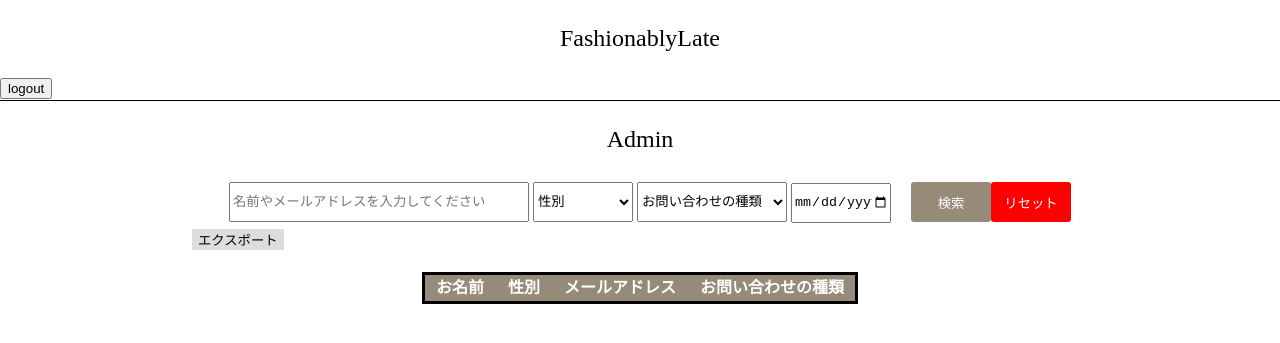
Repository: mayu-ya/test_form
Page: src/resources/views/admin.blade.php
These files come from the project's save history. The page is drawn as it stood at one moment and after the next save; the edit follows.
The browser window is 1280 px wide. The pictures show the whole page.
The pointer rests on the first visible `.table-row`.
The page is served by the project's Laravel application, run on PHP 8.4 with Laravel 8. The template is opened directly, without the code that normally fills it, so the values that code supplies are empty.

Above is the page before, as saved 2026-01-24 13:53:20.

After the next save:
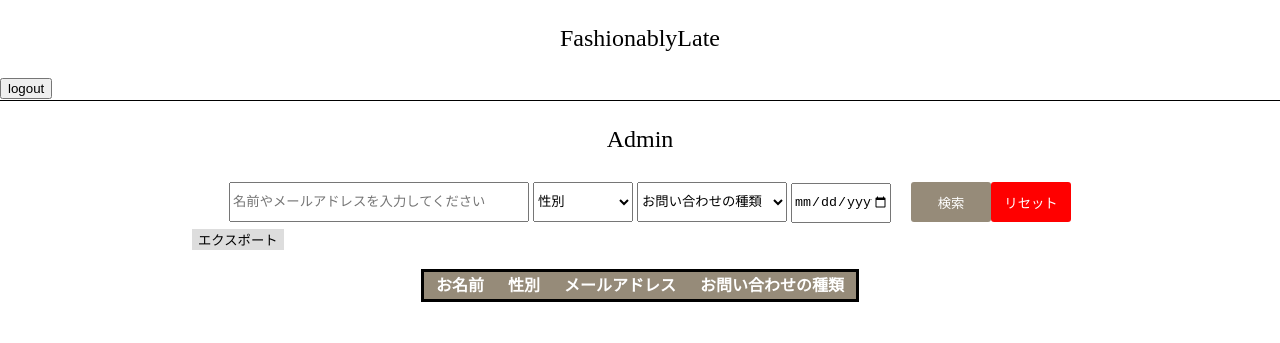
Saved 3 min 45 s later.
--- a/src/public/css/admin.css
+++ b/src/public/css/admin.css
@@ -99,7 +99,7 @@
 }
 
 .table-row:hover {
-    border: 3px solid black;
+    outline: 3px solid black;
 }
 
 .table-title {
